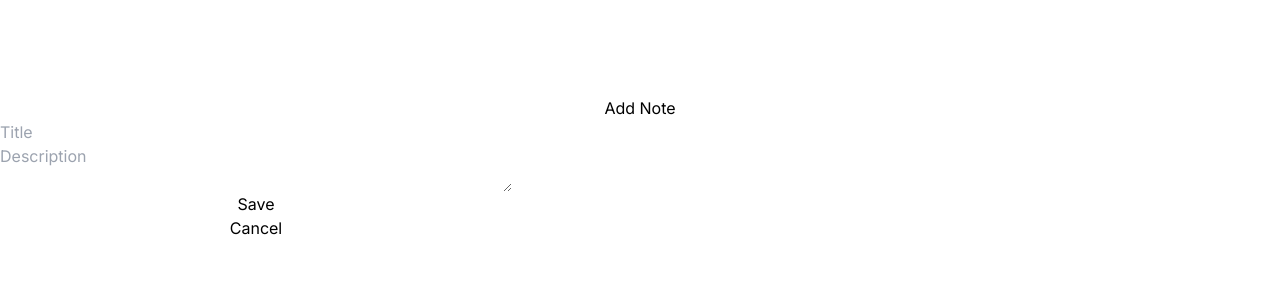
Repository: drumsmanku/next-and-nest-note-taker
Page: / (app in client/), after clicking the first element matching `button`
The author's editor kept a copy of each file at every save. The page is drawn from the files as they stood at one save, then again after the next save.
The browser window is 1280 px wide. The pictures show the whole page.
The page's requests for data from a server got no answer. The project was rebuilt for these pictures with package versions that can differ from the ones it lists, and the page was loaded fresh each time. The framework's server and built-in components were replaced by stand-ins that run in the browser. No one was signed in, and anything a server would have sent is missing. Also part of the build but not shown: client/next.config.mjs.

Above is the page before, as saved 2024-03-14 12:38:35.

After the next save:
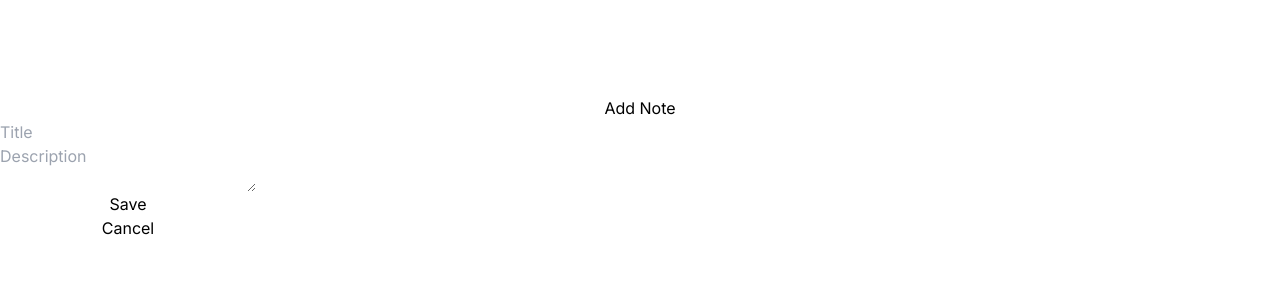
Saved 7 s later.
--- a/client/app/components/NotesComponent.tsx
+++ b/client/app/components/NotesComponent.tsx
@@ -77,7 +77,7 @@ const NotesComponent: React.FC = () => {
       <button  onClick={() => setShowCreatePopup(true)}>Add Note</button>
       <div className='flex '>
         {showCreatePopup && (
-          <div className='flex flex-col w-[40%]'>
+          <div className='flex flex-col w-[20%]'>
             <input
               type="text"
               placeholder="Title"
